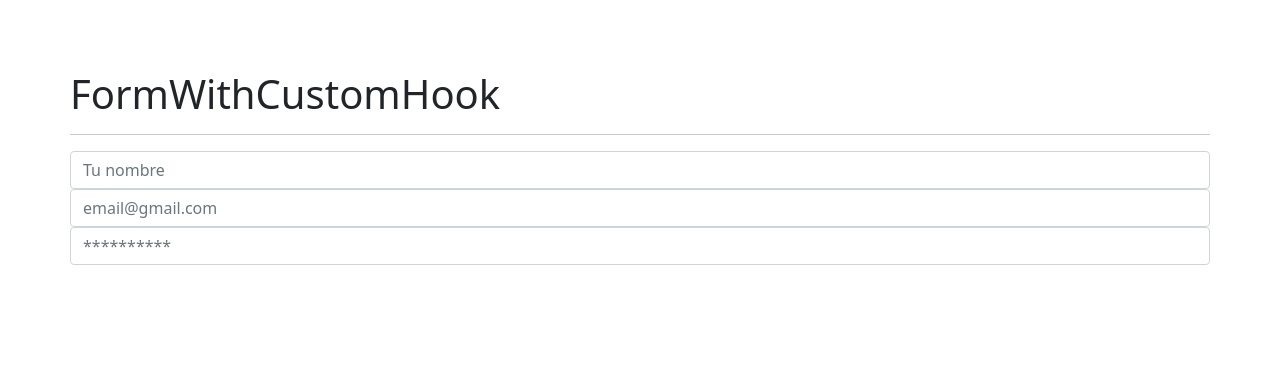
Repository: FlamesAlejandro/practicaReact
Page: /
These files come from the project's save history. The page is drawn as it stood at one moment and after a run of saves; the edit follows.
The browser window is 1280 px wide. The pictures show the whole page.
The project was rebuilt for these pictures with package versions that can differ from the ones it lists, and the page was loaded fresh each time.

Above is the page before, as saved 2021-05-26 16:39:27.

### public/index.html
<!DOCTYPE html>
<html lang="en">
  <head>
    <meta charset="utf-8" />
    <link rel="icon" href="%PUBLIC_URL%/favicon.ico" />
    <meta name="viewport" content="width=device-width, initial-scale=1" />
    <meta name="theme-color" content="#000000" />
    <meta
      name="description"
      content="Web site created using create-react-app"
    />

    <!--
      manifest.json provides metadata used when your web app is installed on a
      user's mobile device or desktop. See https://developers.google.com/web/fundamentals/web-app-manifest/
    -->
    <link rel="manifest" href="%PUBLIC_URL%/manifest.json" />
    <!--
      Notice the use of %PUBLIC_URL% in the tags above.
      It will be replaced with the URL of the `public` folder during the build.
      Only files inside the `public` folder can be referenced from the HTML.

      Unlike "/favicon.ico" or "favicon.ico", "%PUBLIC_URL%/favicon.ico" will
      work correctly both with client-side routing and a non-root public URL.
      Learn how to configure a non-root public URL by running `npm run build`.
    -->
       <!-- CSS only -->
<link href="https://cdn.jsdelivr.net/npm/bootstrap@5.0.1/dist/css/bootstrap.min.css" rel="stylesheet" integrity="sha384-+0n0xVW2eSR5OomGNYDnhzAbDsOXxcvSN1TPprVMTNDbiYZCxYbOOl7+AMvyTG2x" crossorigin="anonymous"></link>

    <title>Hooks App</title>
  </head>
  <body>
    <noscript>You need to enable JavaScript to run this app.</noscript>
    <div id="root"></div>
    <!--
      This HTML file is a template.
      If you open it directly in the browser, you will see an empty page.

      You can add webfonts, meta tags, or analytics to this file.
      The build step will place the bundled scripts into the <body> tag.

      To begin the development, run `npm start` or `yarn start`.
      To create a production bundle, use `npm run build` or `yarn build`.
    -->
  </body>
</html>

### src/index.js
import React from 'react';
import ReactDOM from 'react-dom';
import { FormWithCustomHook } from './components/useEffect/FormWithCustomHook';
// import { SimpleForm } from './components/useEffect/SimpleForm';
// import { CounterApp } from './components/01-useState/CounterApp';
// import { CounterWithCustomHook } from './components/01-useState/CounterWithCustomHook';
// import { HookApp } from './HookApp';

ReactDOM.render(

    <FormWithCustomHook />,

  document.getElementById('root')
);

### src/components/useEffect/FormWithCustomHook.js
import React, { useState } from 'react'
import './effect.css'

export const FormWithCustomHook = () => {

    const [formState, setFormState] = useState({
        name: '',
        email: '',
        password: ''
    });

    const { name, email, password } = formState;



    const handleInputChange = ({ target }) =>{

        setFormState({
            ...formState,
            [ target.name ]: target.value
        });
    };

    return (
        <>
            <h1>FormWithCustomHook</h1>
            <hr />

            <div className="form-group">
                <input
                    type="text"
                    name="name"
                    className="form-control"
                    placeholder="Tu nombre"
                    autoComplete="off"
                    value={ name }
                    onChange={ handleInputChange }
                 />
            </div>

            <div className="form-group">
                <input
                    type="text"
                    name="email"
                    className="form-control"
                    placeholder="email@gmail.com"
                    autoComplete="off"
                    value={ email }
                    onChange={ handleInputChange }
                 />
            </div>

            <div className="form-group">
                <input
                    type="password"
                    name="password"
                    className="form-control"
                    placeholder="**********"
                    autoComplete="off"
                    value={ password }
                    onChange={ handleInputChange }
                 />
            </div>

        </>
    )
}

Loaded but not shown: src/components/useEffect/effect.css (common file)

After the next 3 saves:
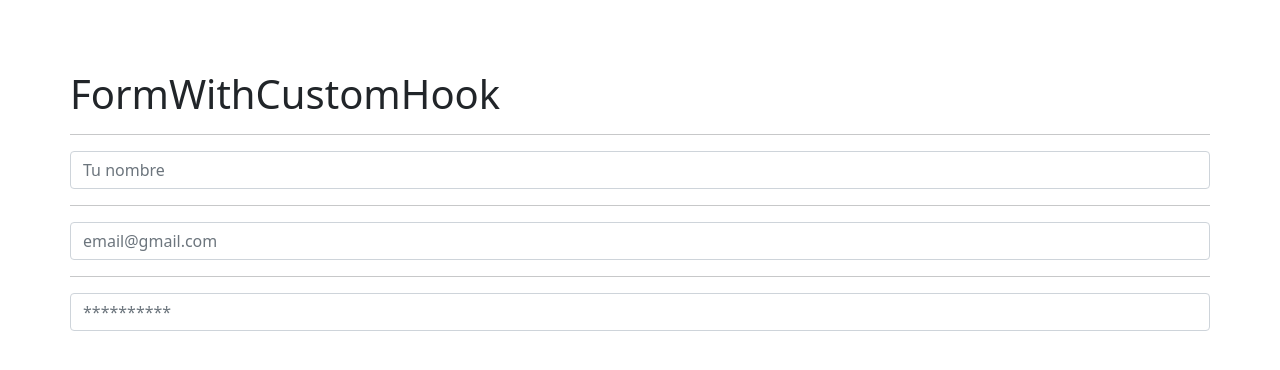
The 3 saves are shown as one change because they came seconds apart.
The last was saved 16 h 24 min later.
--- a/src/components/useEffect/FormWithCustomHook.js
+++ b/src/components/useEffect/FormWithCustomHook.js
@@ -37,6 +37,7 @@
                     onChange={ handleInputChange }
                  />
             </div>
+            <hr />
 
             <div className="form-group">
                 <input
@@ -49,6 +50,7 @@
                     onChange={ handleInputChange }
                  />
             </div>
+            <hr />
 
             <div className="form-group">
                 <input

After the 2 saves that followed:
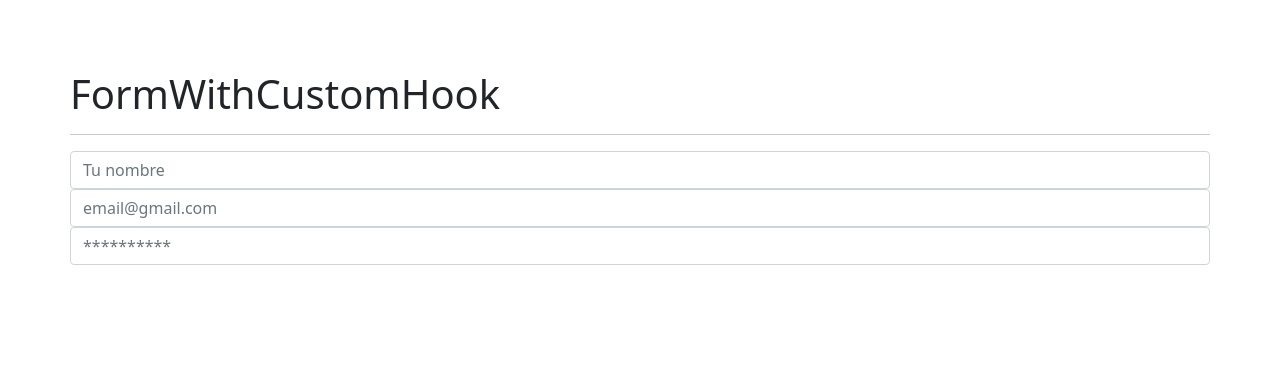
The 2 saves are shown as one change because they came seconds apart.
The last was saved 11 s later.
--- a/src/components/useEffect/FormWithCustomHook.js
+++ b/src/components/useEffect/FormWithCustomHook.js
@@ -37,7 +37,6 @@
                     onChange={ handleInputChange }
                  />
             </div>
-            <hr />
 
             <div className="form-group">
                 <input
@@ -50,7 +49,6 @@
                     onChange={ handleInputChange }
                  />
             </div>
-            <hr />
 
             <div className="form-group">
                 <input
